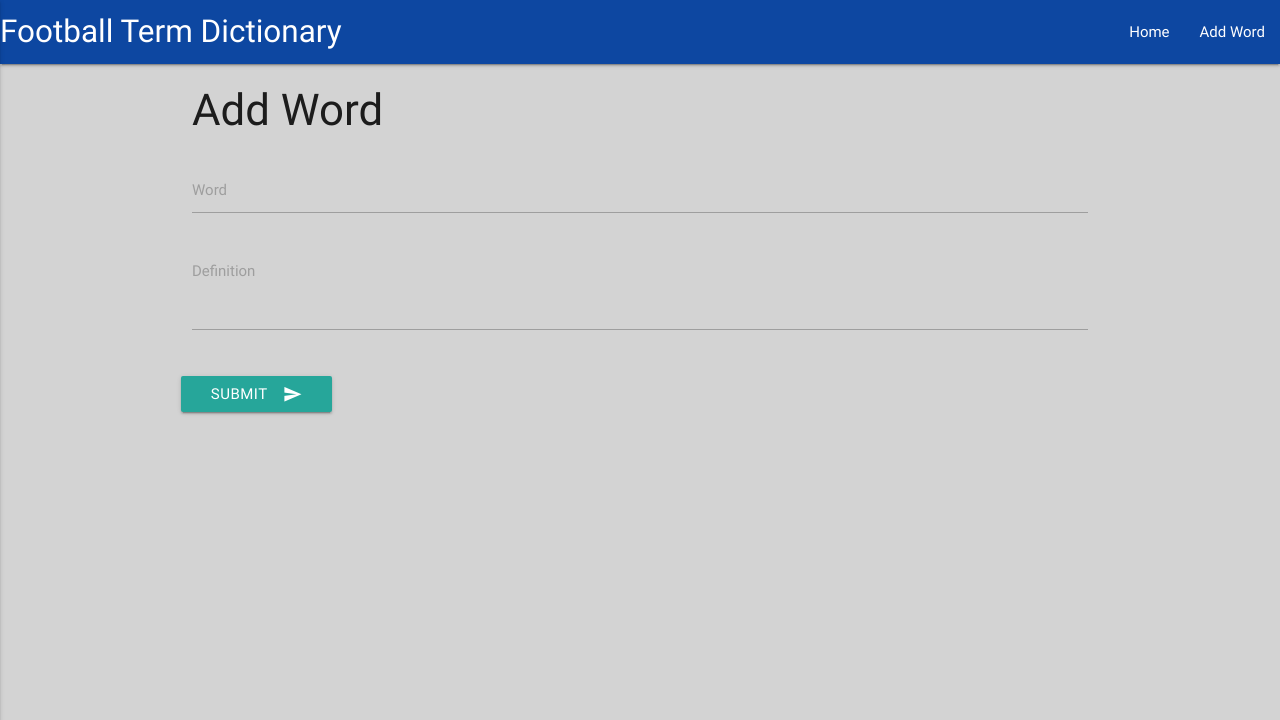
Repository: BLMcDonald/Milestone3
Page: http://localhost/add_word
The author's editor kept a record of every edit. The page is drawn from the files as they stood at one moment, then again after the next edit.
The browser window is 1280 px wide. The pictures show the whole page.
Some web libraries are served in a nearby version. The page is served by the project's application, run on Flask 3 (app.py).

Above is the page before.

After the next edit:
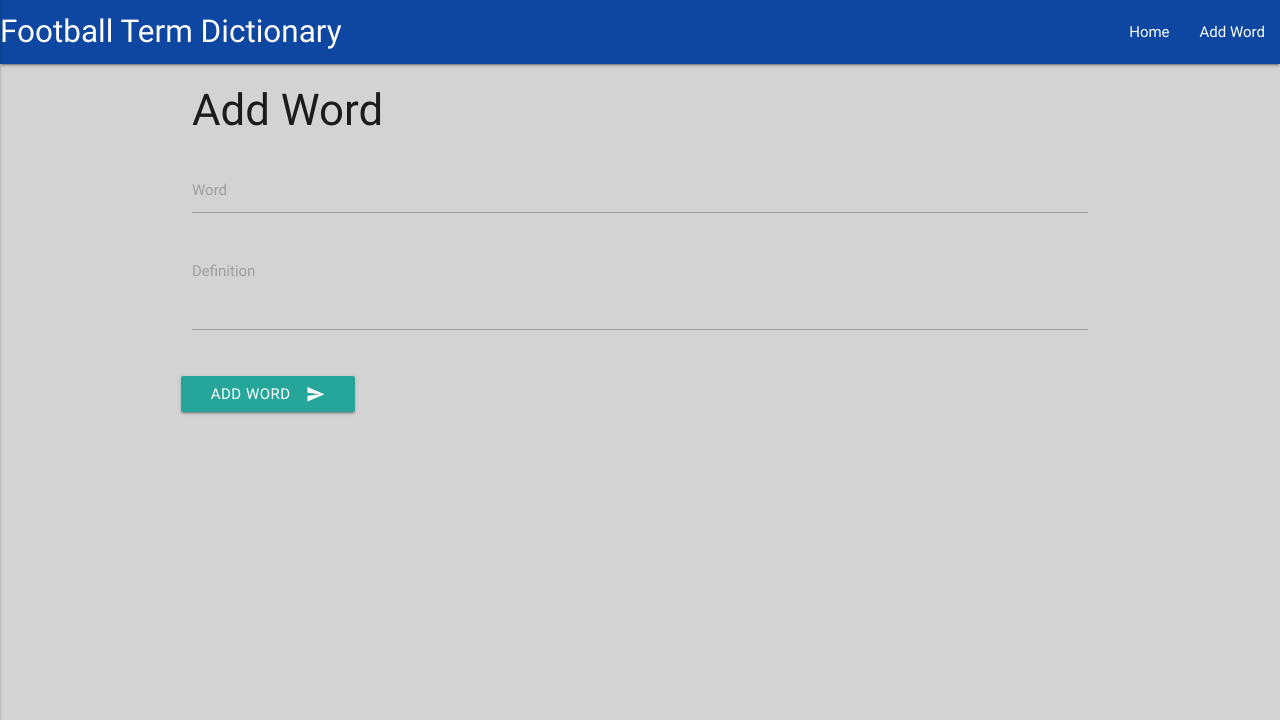
The edit:
--- a/templates/addword.html
+++ b/templates/addword.html
@@ -17,9 +17,10 @@
         </div>
 
         <div class="row">
-        <button class="btn waves-effect waves-light" type="submit" name="action">Submit
-            <i class="material-icons right">send</i>
-        </button>
+            <button class="btn waves-effect waves-light" type="submit" name="action">Add Word
+                <i class="material-icons right">send</i>
+            </button>
+        </div>
     </form>
 </div>
 
